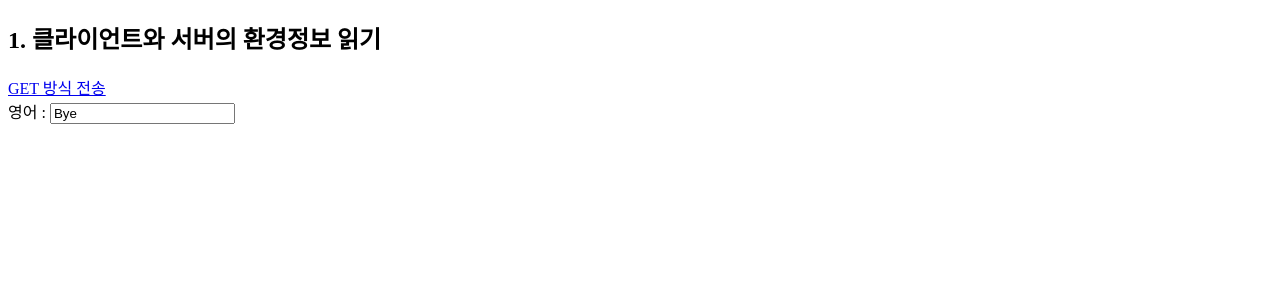
Repository: devgolol/JSP-_Servlet
Page: http://localhost/MustHaveJSP/02ImplicitObject/RequestMain.jsp
These files come from the project's save history. The page is drawn as it stood at one moment and after the next save; the edit follows.
The browser window is 1280 px wide. The pictures show the whole page.
The page is served by Tomcat 10.

Above is the page before, as saved 2025-05-02 05:41:19.

After the next save:
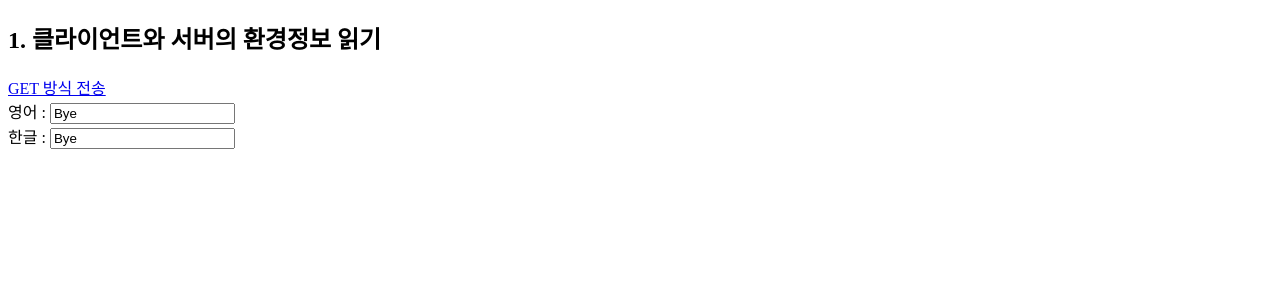
Saved 14 s later.
--- a/MustHaveJSP/src/main/webapp/02ImplicitObject/RequestMain.jsp
+++ b/MustHaveJSP/src/main/webapp/02ImplicitObject/RequestMain.jsp
@@ -14,6 +14,7 @@
 	<br/>
 	<form action="RequestWebInfo.jsp" method="post">
 		영어 : <input type="text" name= "eng" value="Bye"/><br/>
+		한글 : <input type="text" name= "eng" value="Bye"/><br/>
 	</form>
 </body>
 </html>
